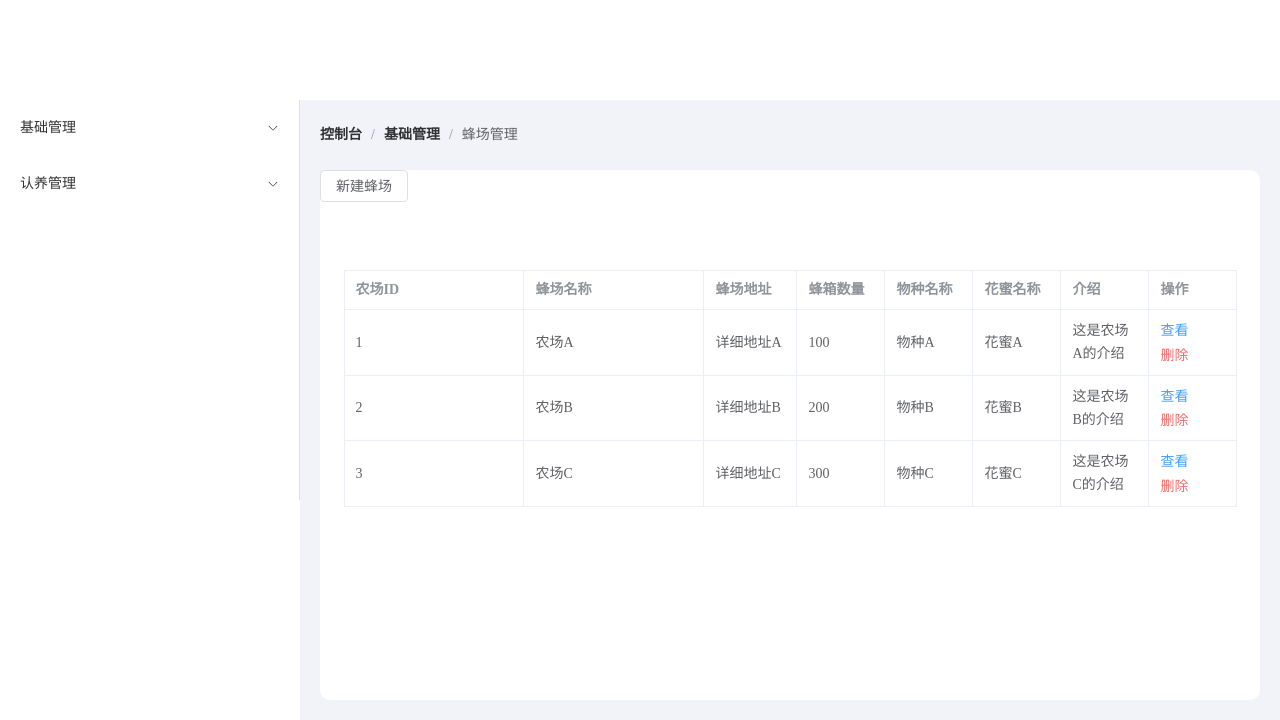
Repository: secret47/test-office-demo
Page: /dashboard/basic/farm
These files come from the project's save history. The page is drawn as it stood at one moment and after the next save; the edit follows.
The browser window is 1280 px wide. The pictures show the whole page.
The project was rebuilt for these pictures with package versions that can differ from the ones it lists, and the page was loaded fresh each time. Also part of the build but not shown: vite.config.js.

Above is the page before, as saved 2024-10-29 14:00:59.

After the next save:
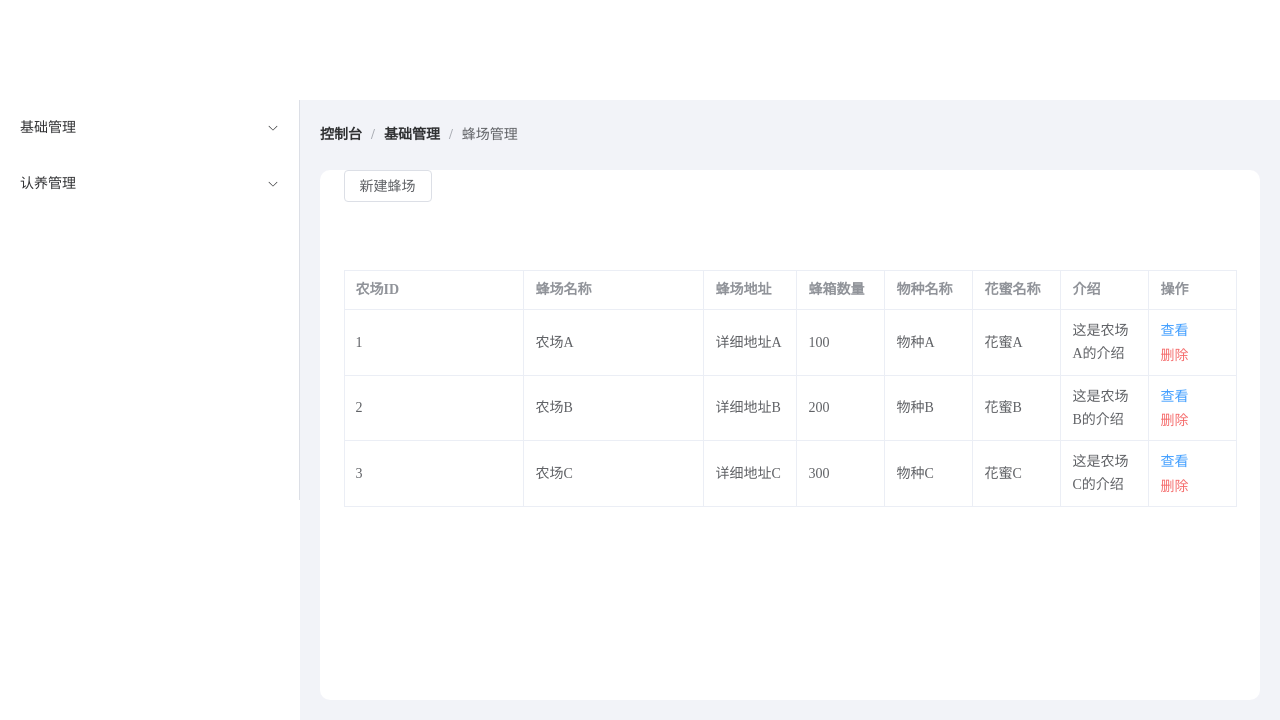
Saved 18 s later.
--- a/src/style/main.scss
+++ b/src/style/main.scss
@@ -22,8 +22,9 @@ body {
 
 //顶部搜索
 .searchBox {
-    width: 100%;
+    width: 95%;
     height: 100px;
+    margin:0 auto;
 }
 .list{
     width:95%;
